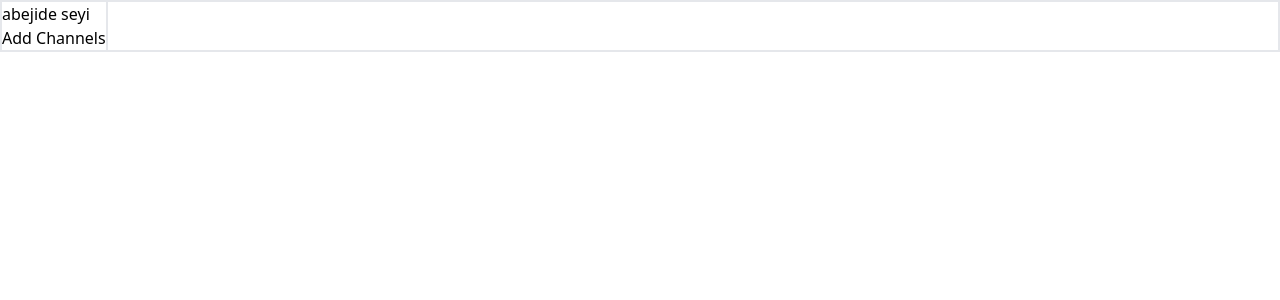
Repository: Semanmernstack/chat-mini
Page: /
The author's editor kept a copy of each file at every save. The page is drawn from the files as they stood at one save, then again after the next save.
The browser window is 1280 px wide. The pictures show the whole page.
The project was rebuilt for these pictures with package versions that can differ from the ones it lists, and the page was loaded fresh each time. Also part of the build but not shown: src/features/counter/Counter.module.css, src/features/counter/Counter.js.

Above is the page before, as saved 2022-11-14 05:14:56.

### src/App.js
import React from 'react';
import logo from './logo.svg';
import { Counter } from './features/counter/Counter';
import Sidebar from './Sidebar';


function App() {
  return (
    <div className="flex max-w-screen-xl mx-auto border-2">
      <Sidebar/>
    </div>
  );
}

export default App;

### src/features/counter/counterSlice.js
import { createAsyncThunk, createSlice } from '@reduxjs/toolkit';
import { fetchCount } from './counterAPI';

const initialState = {
  value: 0,
  status: 'idle',
};

// The function below is called a thunk and allows us to perform async logic. It
// can be dispatched like a regular action: `dispatch(incrementAsync(10))`. This
// will call the thunk with the `dispatch` function as the first argument. Async
// code can then be executed and other actions can be dispatched. Thunks are
// typically used to make async requests.
export const incrementAsync = createAsyncThunk(
  'counter/fetchCount',
  async (amount) => {
    const response = await fetchCount(amount);
    // The value we return becomes the `fulfilled` action payload
    return response.data;
  }
);

export const counterSlice = createSlice({
  name: 'counter',
  initialState,
  // The `reducers` field lets us define reducers and generate associated actions
  reducers: {
    increment: (state) => {
      // Redux Toolkit allows us to write "mutating" logic in reducers. It
      // doesn't actually mutate the state because it uses the Immer library,
      // which detects changes to a "draft state" and produces a brand new
      // immutable state based off those changes
      state.value += 1;
    },
    decrement: (state) => {
      state.value -= 1;
    },
    // Use the PayloadAction type to declare the contents of `action.payload`
    incrementByAmount: (state, action) => {
      state.value += action.payload;
    },
  },
  // The `extraReducers` field lets the slice handle actions defined elsewhere,
  // including actions generated by createAsyncThunk or in other slices.
  extraReducers: (builder) => {
    builder
      .addCase(incrementAsync.pending, (state) => {
        state.status = 'loading';
      })
      .addCase(incrementAsync.fulfilled, (state, action) => {
        state.status = 'idle';
        state.value += action.payload;
      });
  },
});

export const { increment, decrement, incrementByAmount } = counterSlice.actions;

// The function below is called a selector and allows us to select a value from
// the state. Selectors can also be defined inline where they're used instead of
// in the slice file. For example: `useSelector((state: RootState) => state.counter.value)`
export const selectCount = (state) => state.counter.value;

// We can also write thunks by hand, which may contain both sync and async logic.
// Here's an example of conditionally dispatching actions based on current state.
export const incrementIfOdd = (amount) => (dispatch, getState) => {
  const currentValue = selectCount(getState());
  if (currentValue % 2 === 1) {
    dispatch(incrementByAmount(amount));
  }
};

export default counterSlice.reducer;

### src/Sidebar.js
import React from 'react'

function Sidebar() {
  return (
    <div className="flex flex-col flex-0.4 border-r-2">
        <div>
            <h1>abejide seyi</h1>
        </div>
        <div>Add Channels</div>
    </div>
  )
}

export default Sidebar

Loaded but not shown: public/index.html (common file); src/index.js (common file); src/app/store.js (common file); src/reportWebVitals.js (common file); src/index.css (common file); src/features/counter/counterAPI.js (common file); tailwind.config.js (common file)

After the next save:
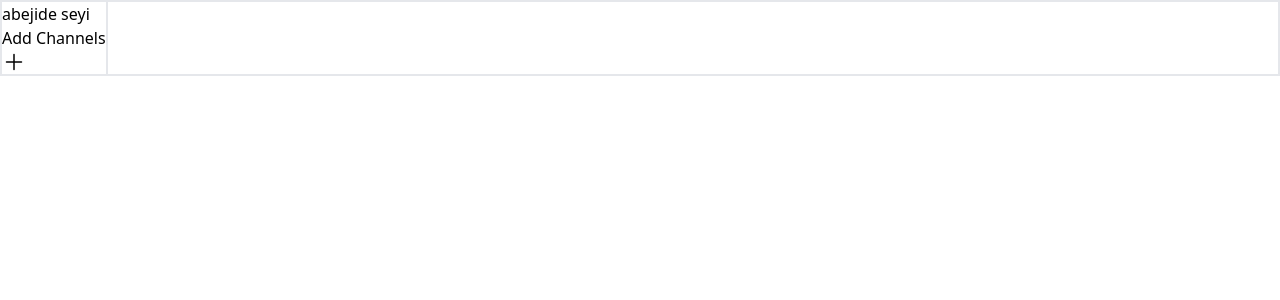
Saved 3 min 0 s later.
--- a/src/Sidebar.js
+++ b/src/Sidebar.js
@@ -6,7 +6,15 @@
         <div>
             <h1>abejide seyi</h1>
         </div>
-        <div>Add Channels</div>
+        <div>
+
+           <h1>Add Channels</h1>
+           <svg xmlns="http://www.w3.org/2000/svg" fill="none" viewBox="0 0 24 24" strokeWidth={1.5} stroke="currentColor" className="w-6 h-6">
+                <path strokeLinecap="round" strokeLinejoin="round" d="M12 4.5v15m7.5-7.5h-15" />
+            </svg>
+
+
+        </div>
     </div>
   )
 }

After the save that followed:
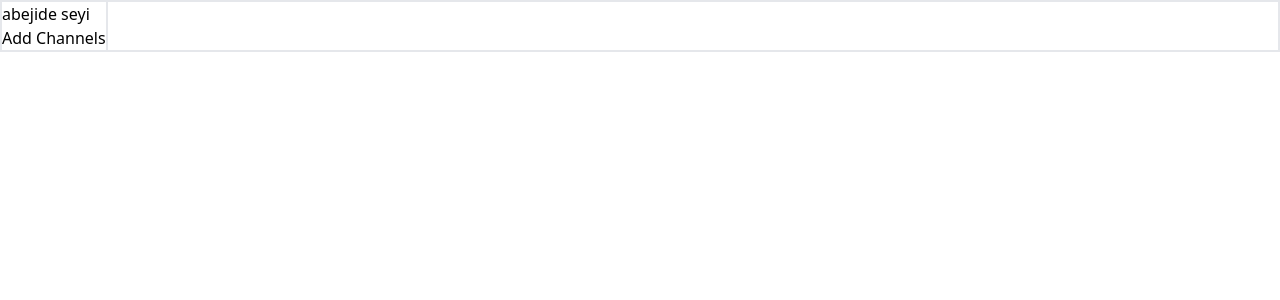
Saved 69 s later.
--- a/src/Sidebar.js
+++ b/src/Sidebar.js
@@ -9,9 +9,7 @@
         <div>
 
            <h1>Add Channels</h1>
-           <svg xmlns="http://www.w3.org/2000/svg" fill="none" viewBox="0 0 24 24" strokeWidth={1.5} stroke="currentColor" className="w-6 h-6">
-                <path strokeLinecap="round" strokeLinejoin="round" d="M12 4.5v15m7.5-7.5h-15" />
-            </svg>
+
 
 
         </div>
